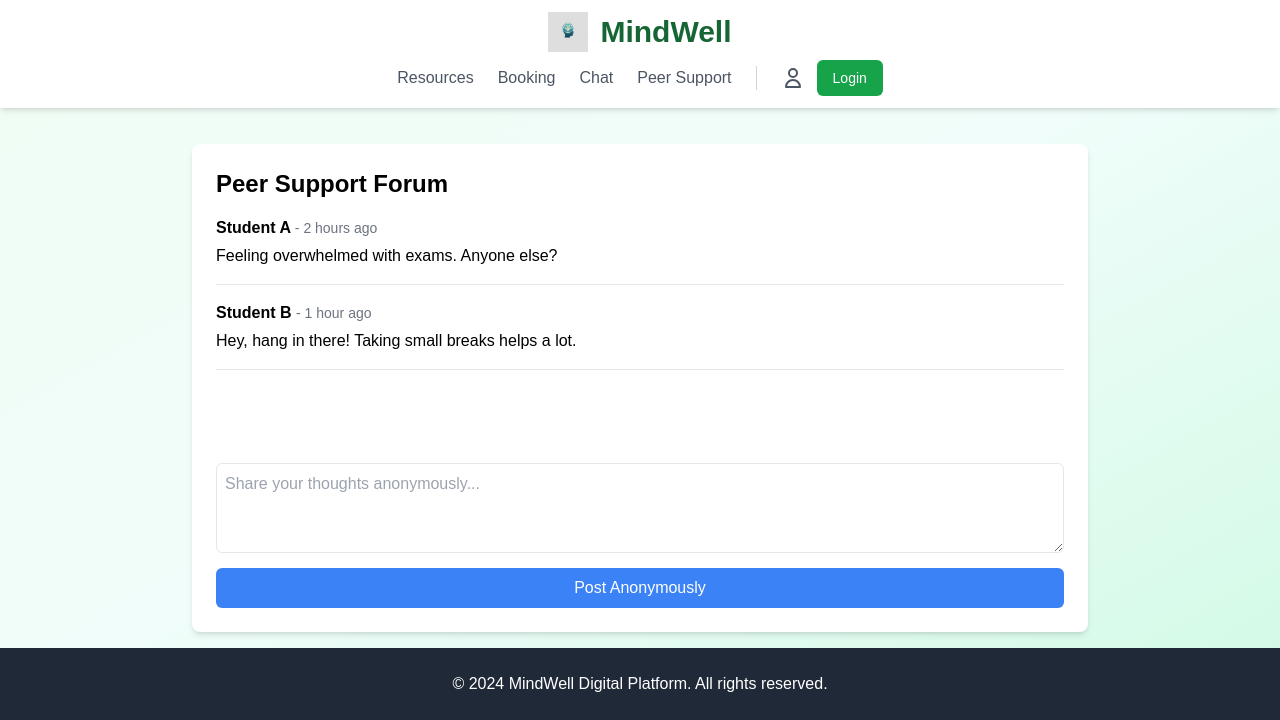
Repository: alokse24b01025/mentalhealth-project-sih-
Page: /peer-support (app in p1/)
These files come from the project's save history. The page is drawn as it stood at one moment and after the next save; the edit follows.
The browser window is 1280 px wide. The pictures show the whole page.
An inner scrolling area shows only its first screen. The project was rebuilt for these pictures with package versions that can differ from the ones it lists, and the page was loaded fresh each time. Also part of the build but not shown: p1/vite.config.js, p1/src/pages/HomePage.jsx, p1/src/components/Chatbot.jsx, p1/src/pages/ChatPage.jsx, p1/src/components/ResourceCard.jsx, p1/src/data/mockResources.js, p1/src/pages/ResourcesPage.jsx, p1/src/components/CounselorCard.jsx and 4 more.

Above is the page before, as saved 2025-09-10 12:09:52.

After the next save:
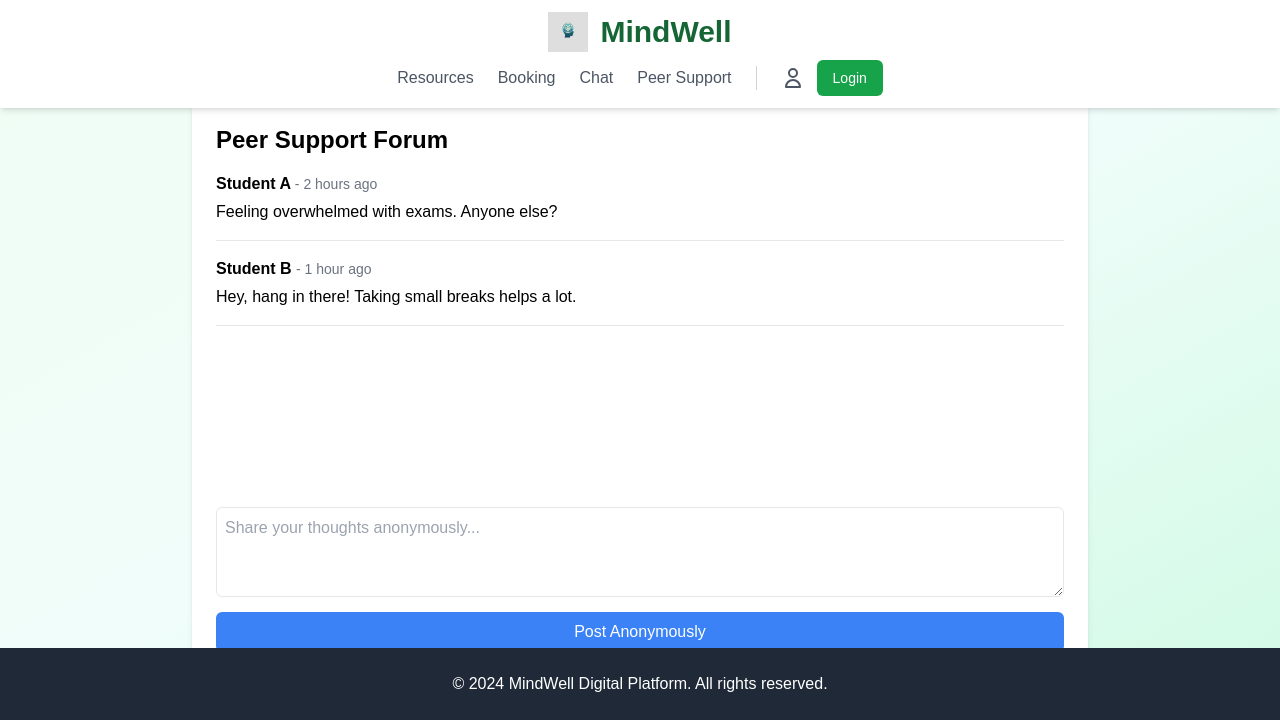
Saved 91 s later.
--- a/p1/src/pages/PeerSupportPage.jsx
+++ b/p1/src/pages/PeerSupportPage.jsx
@@ -9,13 +9,13 @@
     <div className="h-screen flex flex-col bg-gradient-to-br from-green-50 via-teal-50 to-emerald-100">
       <Header />
 
-      {/* This main section takes up all remaining space and centers its content */}
-      <main className="flex-1 w-full flex flex-col items-center p-4 pt-36 overflow-hidden">
+      {/* This main section now centers the content card vertically and horizontally */}
+      <main className="flex-1 w-full flex justify-center items-center p-4 pt-36 overflow-y-auto">
 
-        {/* This container holds the Peer Support UI and fills the main area without overflowing */}
-        <div className="w-full max-w-4xl flex-1 flex flex-col min-h-0">
+        {/* This container has a defined height, making the component feel like a distinct card */}
+        <div className="w-full max-w-4xl h-[80vh] flex flex-col">
 
-          {/* The PeerSupport component will now be fully visible and fill the available space */}
+          {/* The PeerSupport component will now be fully visible and fill this container */}
           <PeerSupport />
 
         </div>

After the save that followed:
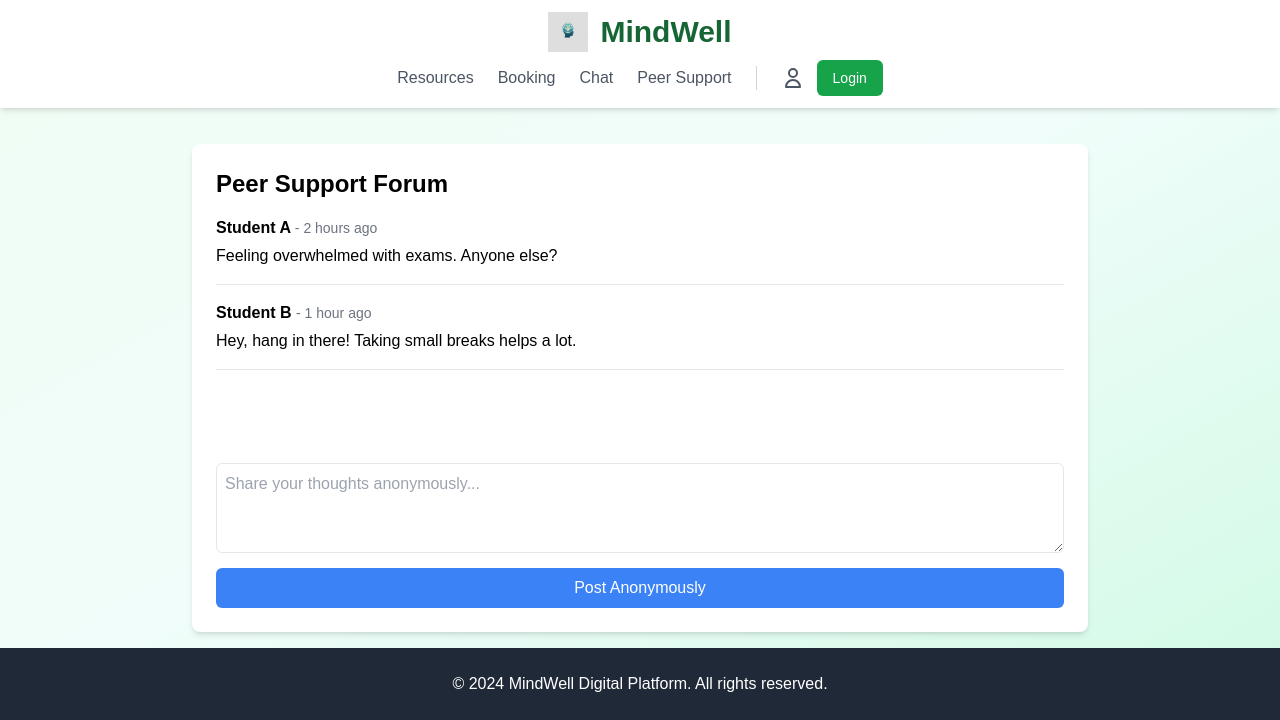
Saved 57 s later.
--- a/p1/src/pages/PeerSupportPage.jsx
+++ b/p1/src/pages/PeerSupportPage.jsx
@@ -9,13 +9,13 @@
     <div className="h-screen flex flex-col bg-gradient-to-br from-green-50 via-teal-50 to-emerald-100">
       <Header />
 
-      {/* This main section now centers the content card vertically and horizontally */}
-      <main className="flex-1 w-full flex justify-center items-center p-4 pt-36 overflow-y-auto">
+      {/* This main section takes up all remaining space and centers its content */}
+      <main className="flex-1 w-full flex flex-col items-center p-4 pt-36 overflow-hidden">
 
-        {/* This container has a defined height, making the component feel like a distinct card */}
-        <div className="w-full max-w-4xl h-[80vh] flex flex-col">
+        {/* This container holds the Peer Support UI and fills the main area without overflowing */}
+        <div className="w-full max-w-4xl flex-1 flex flex-col min-h-0">
 
-          {/* The PeerSupport component will now be fully visible and fill this container */}
+          {/* The PeerSupport component will now be fully visible and fill the available space */}
           <PeerSupport />
 
         </div>
